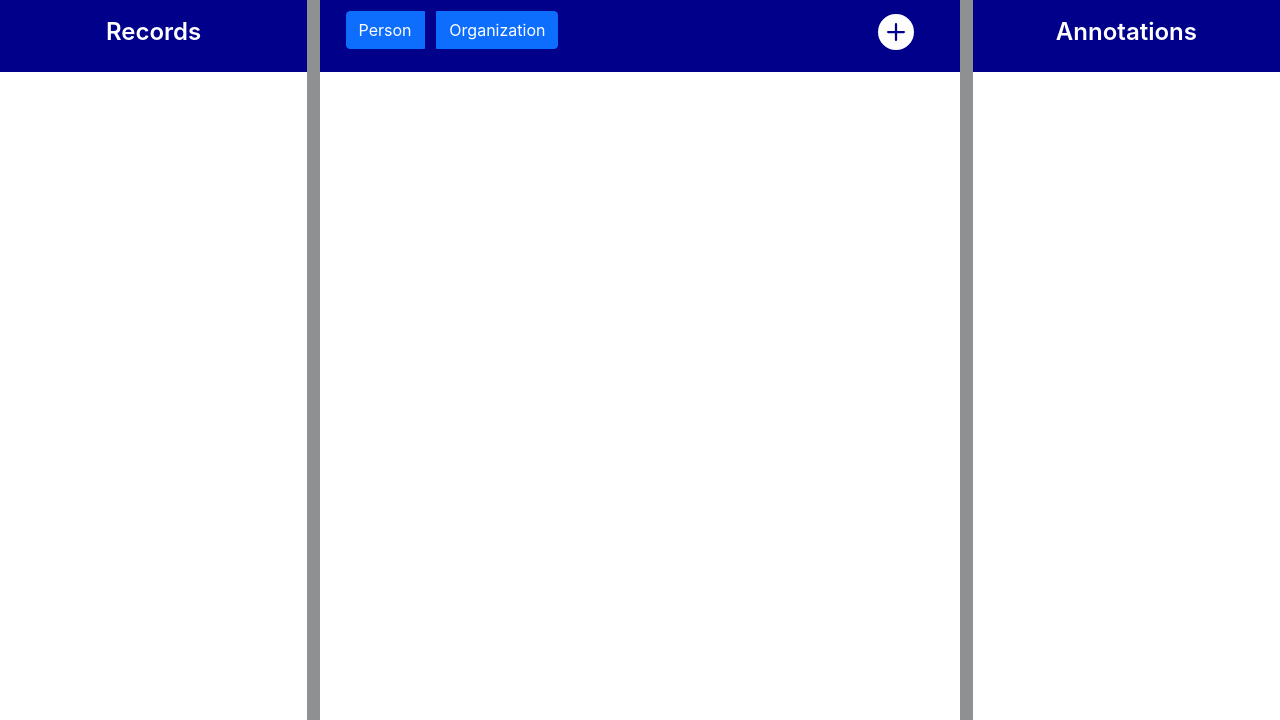
Repository: napan24/classforma_assignment
Page: / (app in client/)
An editor plug-in stored every save of this project. The page is shown before and after the next save, followed by the edit.
The browser window is 1280 px wide. The pictures show the whole page.
The project was rebuilt for these pictures with package versions that can differ from the ones it lists, and the page was loaded fresh each time. Also part of the build but not shown: client/src/App.css.

Above is the page before, as saved 2022-07-20 14:45:50.

### client/public/index.html
<!DOCTYPE html>
<html lang="en">
  <head>
    <meta charset="utf-8" />
    <link rel="icon" href="%PUBLIC_URL%/favicon.ico" />
    <meta name="viewport" content="width=device-width, initial-scale=1" />
    <meta name="theme-color" content="#000000" />
    <meta
      name="description"
      content="Web site created using create-react-app"
    />
    <link href="https://cdn.jsdelivr.net/npm/bootstrap@5.1.3/dist/css/bootstrap.min.css" rel="stylesheet" integrity="sha384-1BmE4kWBq78iYhFldvKuhfTAU6auU8tT94WrHftjDbrCEXSU1oBoqyl2QvZ6jIW3" crossorigin="anonymous">
    <link rel="apple-touch-icon" href="%PUBLIC_URL%/logo192.png" />
    <!--
      manifest.json provides metadata used when your web app is installed on a
      user's mobile device or desktop. See https://developers.google.com/web/fundamentals/web-app-manifest/
    -->
    <link rel="manifest" href="%PUBLIC_URL%/manifest.json" />
    <!--
      Notice the use of %PUBLIC_URL% in the tags above.
      It will be replaced with the URL of the `public` folder during the build.
      Only files inside the `public` folder can be referenced from the HTML.

      Unlike "/favicon.ico" or "favicon.ico", "%PUBLIC_URL%/favicon.ico" will
      work correctly both with client-side routing and a non-root public URL.
      Learn how to configure a non-root public URL by running `npm run build`.
    -->
    <title>React App</title>
  </head>
  <body>
    <noscript>You need to enable JavaScript to run this app.</noscript>
    <div id="root"></div>
    <!--
      This HTML file is a template.
      If you open it directly in the browser, you will see an empty page.

      You can add webfonts, meta tags, or analytics to this file.
      The build step will place the bundled scripts into the <body> tag.

      To begin the development, run `npm start` or `yarn start`.
      To create a production bundle, use `npm run build` or `yarn build`.
    -->
    <script src="https://cdn.jsdelivr.net/npm/bootstrap@5.1.3/dist/js/bootstrap.bundle.min.js" integrity="sha384-ka7Sk0Gln4gmtz2MlQnikT1wXgYsOg+OMhuP+IlRH9sENBO0LRn5q+8nbTov4+1p" crossorigin="anonymous"></script>
  </body>
</html>

### client/src/App.js
import logo from './logo.svg';
import './App.css';
import Home from './Home';

function App() {
  return (
    <>
      <Home></Home>
    </>
  );
}

export default App;

### client/src/Home.js
'strict origin'
import React, { useState, useEffect } from 'react'
const Home = () => {
    const [textField, setTextField] = useState();
    const [person,setPerson]=useState();
    const [place,setPlace]=useState();
    const [personName,setPersonName]=useState(['']);
    const [placeName,setPlaceName]=useState(['']);
    useEffect(() => {
        if (textField) {
            trending();
        }
    }, [textField])
    const trending = async () => {
        const res = await fetch("/", {
            method: 'POST',
            headers: {
                "Content-Type": "application/json"
            },
            body: JSON.stringify({ textField })
        });
        const result = await res.json();
        setPerson(result.filter((arr)=>arr.type=='Person'));
        setPlace(result.filter((arr)=>arr.type=='Place'));
    };
    useEffect(()=>{
        if(person){
            person.forEach(function (arrayItem) {
                setPersonName(curr=> [...curr, arrayItem.entityId]);
            });
        }
    },[person])
    useEffect(()=>{
        if(place){
            place.forEach(function (arrayItem) {
                setPlaceName(curr=> [...curr, arrayItem.entityId]);
            });
        }
    },[place])
    const showFile = async (e) => {
        e.preventDefault()
        const reader = new FileReader()
        reader.onload = async (e) => {
            const text = (e.target.result)
            setTextField(text);
        };
        reader.readAsText(e.target.files[0])
    }
    return (
        <>
            <div style={{ display: 'flex', width: "100vw", height: "100vh", backgroundColor: "#8f9091" }}>
                <div style={{ width: "24vw", height: "100vh", backgroundColor: "white", marginRight: "1vw" }}>
                    <div style={{ width: "24vw", height: "10vh", backgroundColor: "#00008b", textAlign: 'center', fontSize: '150%', color: "white", fontWeight: "600", position: "fixed" }}>
                        <p style={{ marginTop: "2vh" }}>
                            Records
                        </p>
                    </div>
                    <div>

                    </div>
                </div>
                <div style={{ width: "50vw", height: "100vh", backgroundColor: "white", marginRight: "1vw", overflowY: "unset" }}>
                    <div style={{ width: "50vw", height: "10vh", backgroundColor: "#00008b", position: 'relative', overflowY: 'hidden' }}>
                        <div class="btn-group" style={{ marginTop: "1.5vh", marginLeft: "2vw" }}>
                            <button type="button" class="btn btn-primary" style={{ marginRight: "1vw" }}>Person</button>
                            <button type="button" class="btn btn-primary">Organization</button>
                        </div>
                        <label for="file">
                            <svg style={{ width: "20%", height: "50%", position: "absolute", right: "0", top: "2vh", color: "white" }} xmlns="http://www.w3.org/2000/svg" fill="currentColor" class="bi bi-plus-circle-fill" viewBox="0 0 16 16">
                                <path d="M16 8A8 8 0 1 1 0 8a8 8 0 0 1 16 0zM8.5 4.5a.5.5 0 0 0-1 0v3h-3a.5.5 0 0 0 0 1h3v3a.5.5 0 0 0 1 0v-3h3a.5.5 0 0 0 0-1h-3v-3z" />
                            </svg>
                        </label>
                        <input type="file" id="file" onChange={(e) => showFile(e)} style={{ display: "none" }} />
                    </div>
                    <div style={{ width: "48vw", height: "85vh", marginLeft: "2vw", marginTop: "5vh", overflowY: "scroll" }}>
                        {textField}
                    </div>
                </div>
                <div style={{ width: "24vw", height: "100vh", backgroundColor: "white" }}>
                    <div style={{ width: "24vw", height: "10vh", backgroundColor: "#00008b", textAlign: 'center', fontSize: '150%', color: "white", fontWeight: "600", position: "fixed" }}>
                        <p style={{ marginTop: "2vh" }}>
                            Annotations
                        </p>
                    </div>
                </div>
            </div>
        </>
    )
}

export default Home

Loaded but not shown: client/src/index.js (common file); client/src/index.css (common file); client/src/reportWebVitals.js (common file)

After the next save:
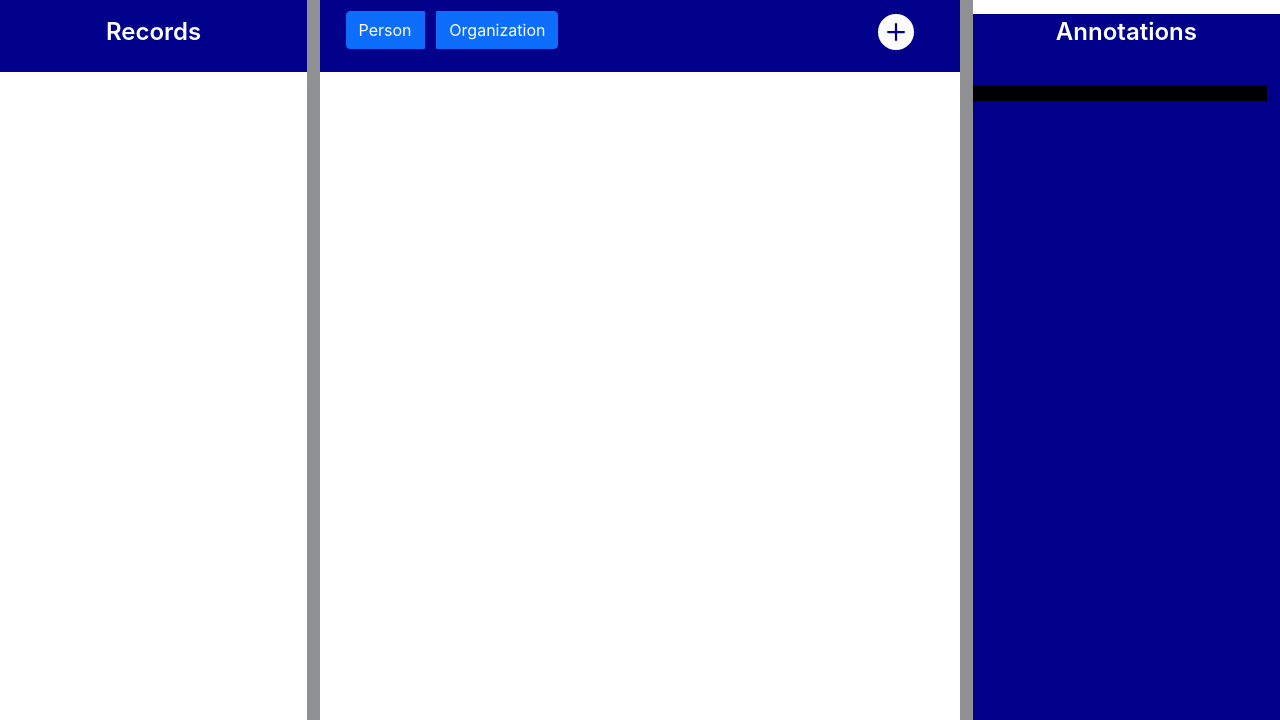
Saved 12 s later.
--- a/client/src/Home.js
+++ b/client/src/Home.js
@@ -77,10 +77,17 @@ const Home = () => {
                     </div>
                 </div>
                 <div style={{ width: "24vw", height: "100vh", backgroundColor: "white" }}>
-                    <div style={{ width: "24vw", height: "10vh", backgroundColor: "#00008b", textAlign: 'center', fontSize: '150%', color: "white", fontWeight: "600", position: "fixed" }}>
+                    <div style={{ width: "24vw", height: "10vh", backgroundColor: "#00008b", textAlign: 'center', fontSize: '150%', color: "white", fontWeight: "600"}}>
                         <p style={{ marginTop: "2vh" }}>
                             Annotations
                         </p>
+                    </div>
+                    <div style={{ width: "24vw", height: "88vh", backgroundColor: "#00008b", textAlign: 'center', fontSize: '150%', color: "white", fontWeight: "600", position: "fixed" }}>
+                    {personName && personName.map((user) => (
+                        <div style={{width:"23vw",height:'2vh',backgroundColor:"black",color:"white",fontSize:"50%"}}>
+                            {user}
+                        </div>
+                    ))}
                     </div>
                 </div>
             </div>
